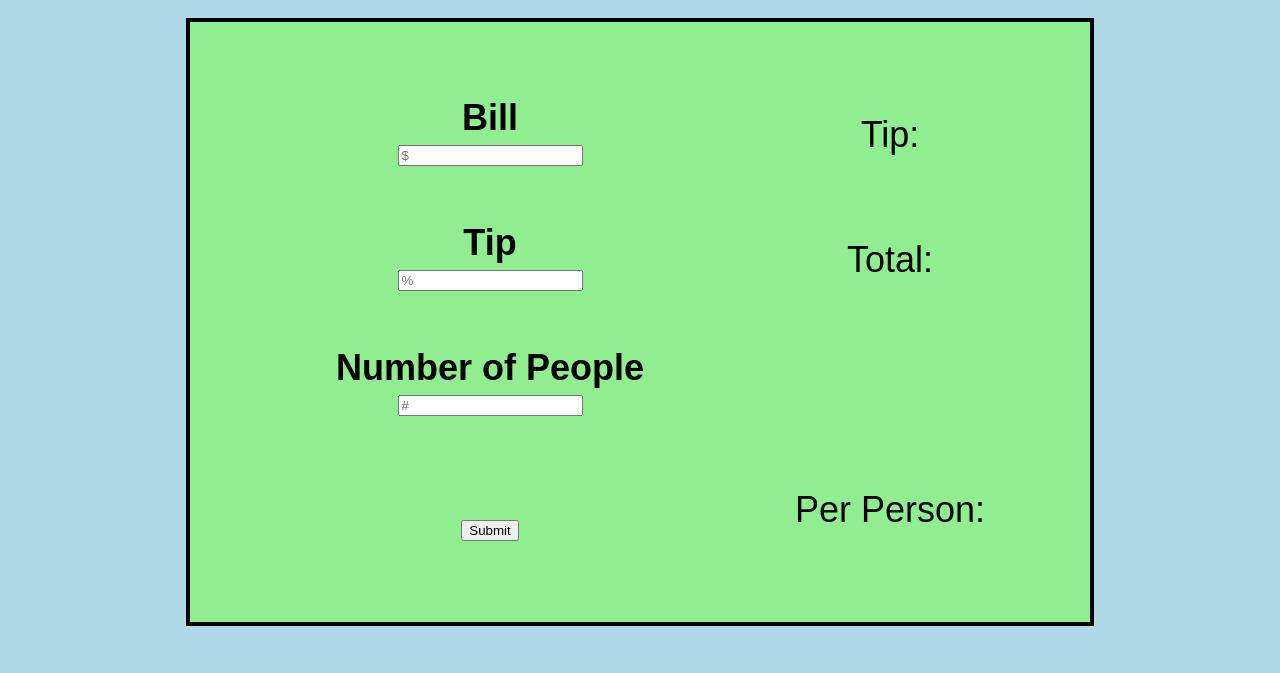
Repository: SamirIngley/Tip-Calculator
Page: tip_display.html
These files come from the project's save history. The page is drawn as it stood at one moment and after the next save; the edit follows.
The browser window is 1280 px wide. The pictures show the whole page.

Above is the page before, as saved 2020-02-13 11:04:30.

After the next save:
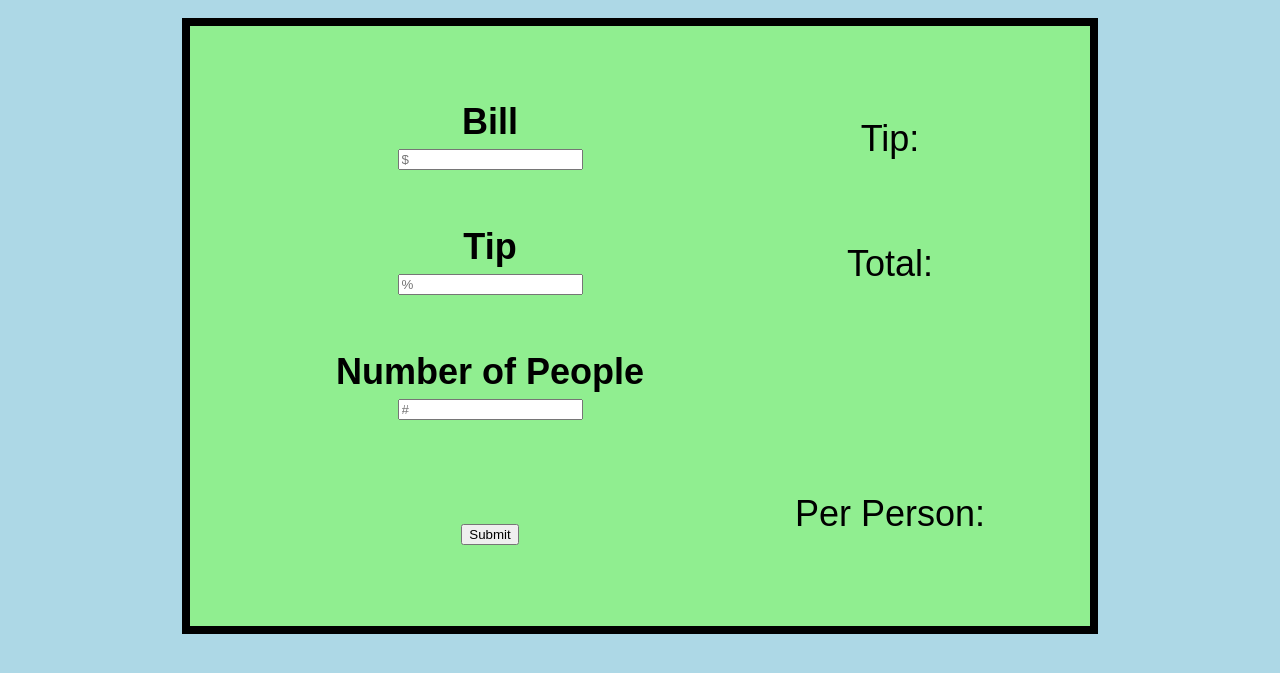
Saved 2 min 11 s later.
--- a/style.css
+++ b/style.css
@@ -32,7 +32,7 @@ body {
     margin: 10px;
     padding: 50px;
     border-style: solid;
-    border-width: 4px;
+    border-width: 8px;
     border-color: black;
 }
 
